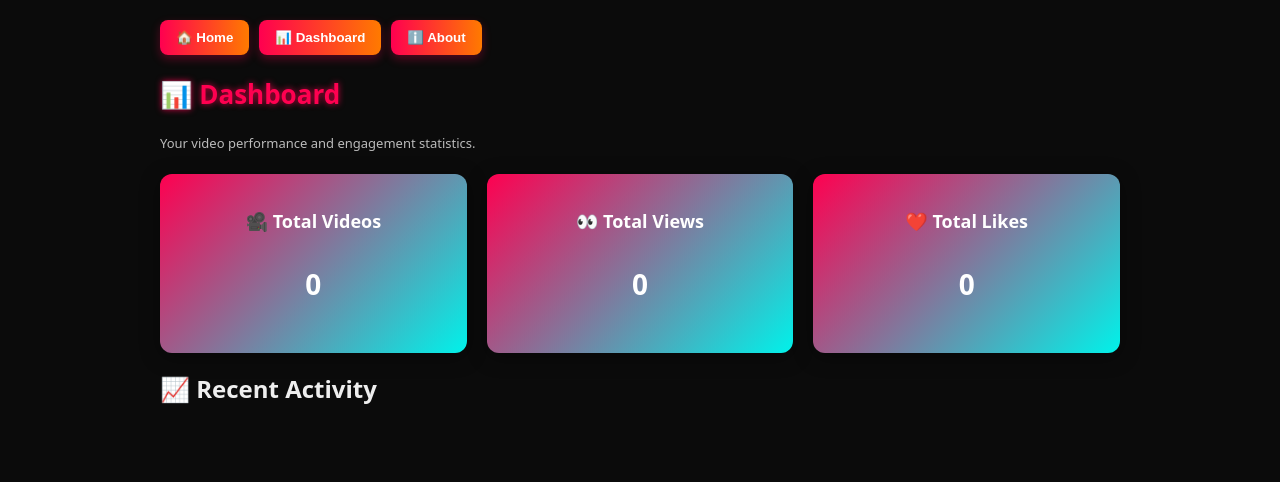
Repository: jhanzaib7510/NewFullTikTok
Page: frontend/dashboard.html
An editor plug-in stored every save of this project. The page is shown before and after the next save, followed by the edit.
The browser window is 1280 px wide. The pictures show the whole page.
The page's requests for data from a server got no answer.

Above is the page before, as saved 2025-08-11 01:20:52.

After the next save:
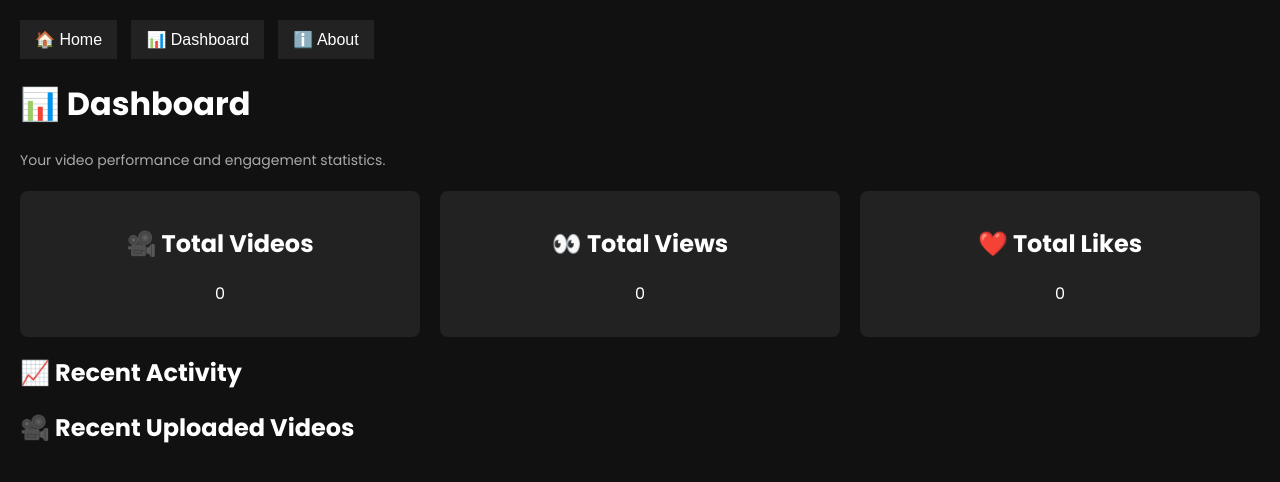
Saved 2 min 41 s later.
--- a/frontend/dashboard.html
+++ b/frontend/dashboard.html
@@ -5,7 +5,41 @@
   <meta name="viewport" content="width=device-width,initial-scale=1" />
   <title>FTikTok — Dashboard</title>
   <link href="https://fonts.googleapis.com/css2?family=Poppins:wght@400;600;700&display=swap" rel="stylesheet">
-  <link rel="stylesheet" href="styles.css" />
+  <style>
+    body {
+      font-family: 'Poppins', sans-serif;
+      background-color: #111;
+      color: white;
+      margin: 0;
+      padding: 0;
+    }
+    .container { padding: 20px; }
+    .menu button {
+      background: #222;
+      border: none;
+      padding: 10px 15px;
+      color: white;
+      font-size: 16px;
+      margin-right: 10px;
+      cursor: pointer;
+    }
+    .stats { display: flex; gap: 20px; margin-top: 20px; }
+    .stat-card {
+      background: #222;
+      padding: 15px;
+      border-radius: 8px;
+      flex: 1;
+      text-align: center;
+    }
+    .video-list { margin-top: 20px; }
+    video {
+      width: 200px;
+      height: auto;
+      border-radius: 8px;
+      margin: 10px;
+    }
+    .small { color: #aaa; font-size: 14px; }
+  </style>
 </head>
 <body>
   <div class="container">
@@ -35,12 +69,15 @@
 
     <h2 style="margin-top:18px;">📈 Recent Activity</h2>
     <ul id="activityLog" class="small"></ul>
+
+    <h2 style="margin-top:18px;">🎥 Recent Uploaded Videos</h2>
+    <div id="videoList" class="video-list"></div>
   </div>
 
   <script>
     async function loadDashboard() {
       try {
-        const res = await fetch("/api/dashboard"); // Flask endpoint
+        const res = await fetch("http://localhost:5000/dashboard");
         const data = await res.json();
 
         document.getElementById('totalVideos').textContent = data.totalVideos;
@@ -48,20 +85,19 @@
         document.getElementById('totalLikes').textContent = data.totalLikes;
 
         document.getElementById('activityLog').innerHTML =
-          data.recentActivity.map(item => {
-            if (item.type === "upload") {
-              return `<li>📤 Uploaded: ${item.title} (${item.time})</li>`;
-            } else if (item.type === "views") {
-              return `<li>👀 Gained ${item.count} views (${item.time})</li>`;
-            } else if (item.type === "like") {
-              return `<li>❤️ Liked a video by ${item.user} (${item.time})</li>`;
-            }
-          }).join('');
+          data.recentActivity.map(item =>
+            `<li>📤 Uploaded: ${item.title} (${item.time})</li>`
+          ).join('');
+
+        document.getElementById('videoList').innerHTML =
+          data.recentActivity.map(item =>
+            `<video src="http://localhost:5000${item.url}" controls></video>`
+          ).join('');
+
       } catch (err) {
         console.error("Error loading dashboard:", err);
       }
     }
-
     loadDashboard();
   </script>
 </body>
